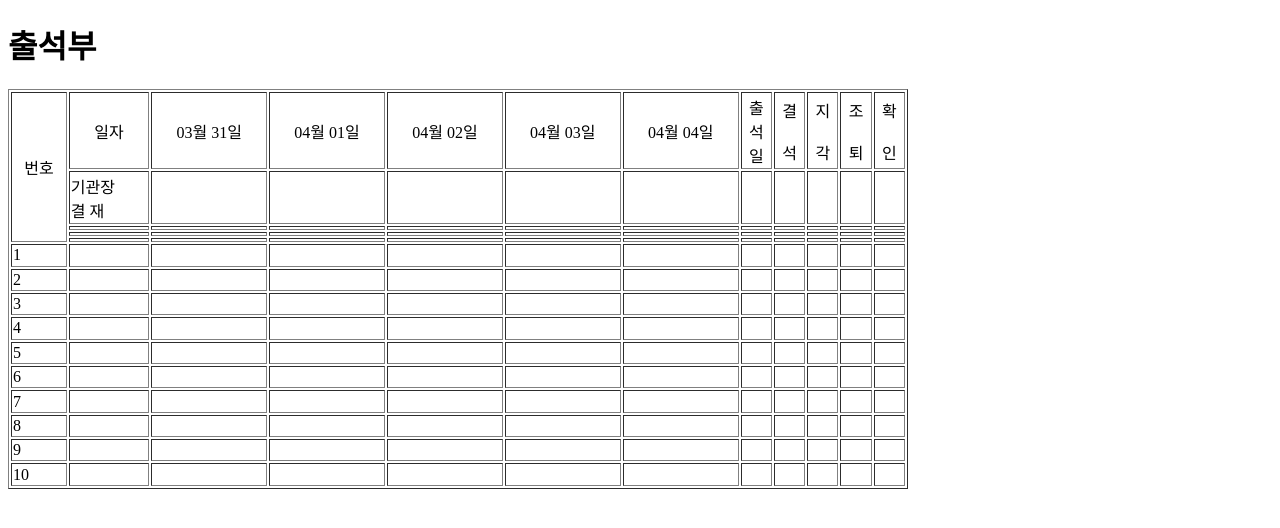
Repository: sungken/htmlProject
Page: ClientTest/src/main/webapp/html/test/table2.html
The author's editor kept a copy of each file at every save. The page is drawn from the files as they stood at one save, then again after the next save.
The browser window is 1280 px wide. The pictures show the whole page.

Above is the page before, as saved 2024-03-13 08:53:41.

After the next save:
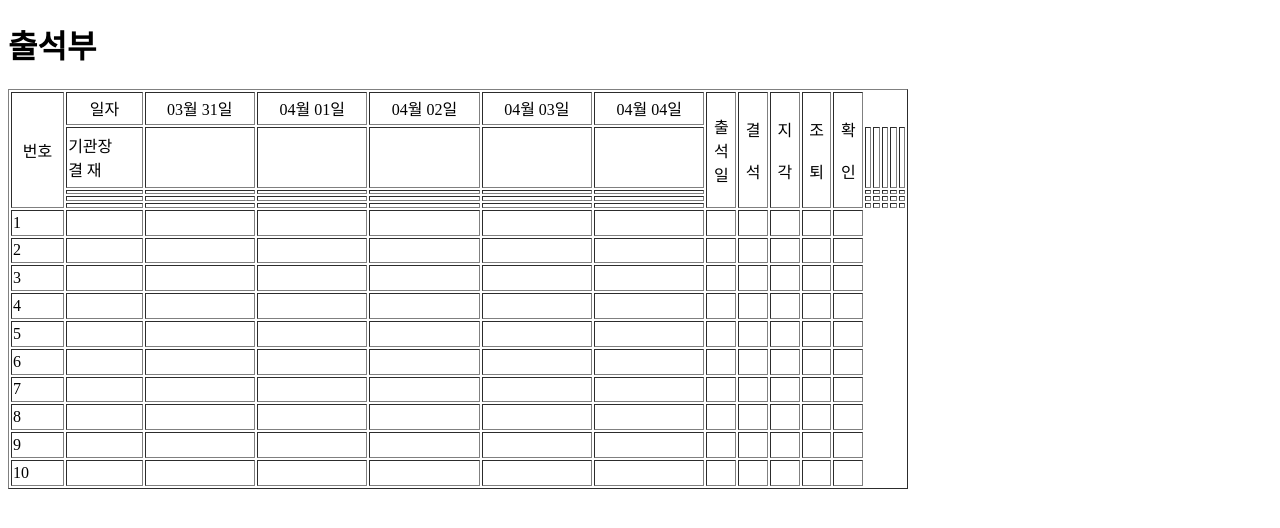
Saved 32 s later.
--- a/ClientTest/src/main/webapp/html/test/table2.html
+++ b/ClientTest/src/main/webapp/html/test/table2.html
@@ -15,11 +15,11 @@
 		<td>04월 02일</td>
 		<td>04월 03일</td>
 		<td>04월 04일</td>
-		<td>출<br>석<br>일</td>
-		<td>결<br><br>석</td>
-		<td>지<br><br>각</td>
-		<td>조<br><br>퇴</td>
-		<td>확<br><br>인</td>
+		<td rowspan="5">출<br>석<br>일</td>
+		<td rowspan="5">결<br><br>석</td>
+		<td rowspan="5">지<br><br>각</td>
+		<td rowspan="5">조<br><br>퇴</td>
+		<td rowspan="5">확<br><br>인</td>
 
 	</tr>
 	<tr>
